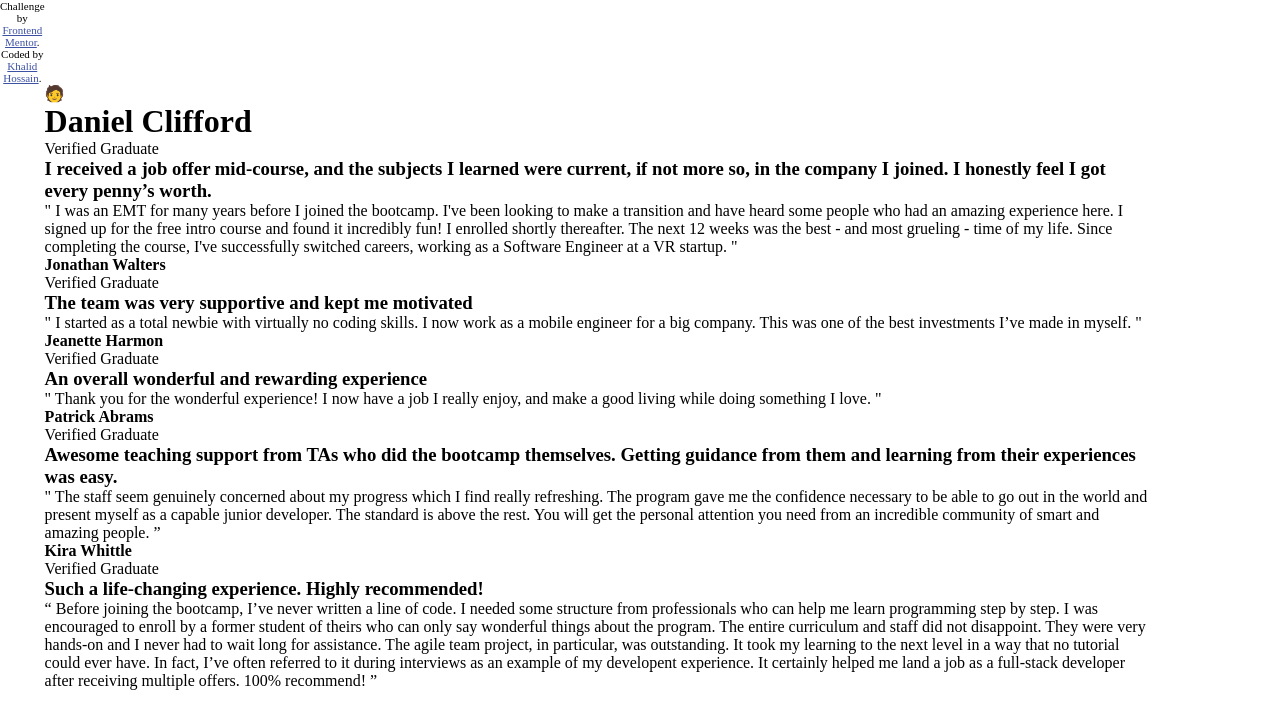
Repository: badhon252/Testimonials-Grid-Section
Page: index.html
An editor plug-in stored every save of this project. The page is shown before and after the next save, followed by the edit.
The browser window is 1280 px wide. The pictures show the whole page.

Above is the page before, as saved 2023-02-18 15:37:05.

After the next save:
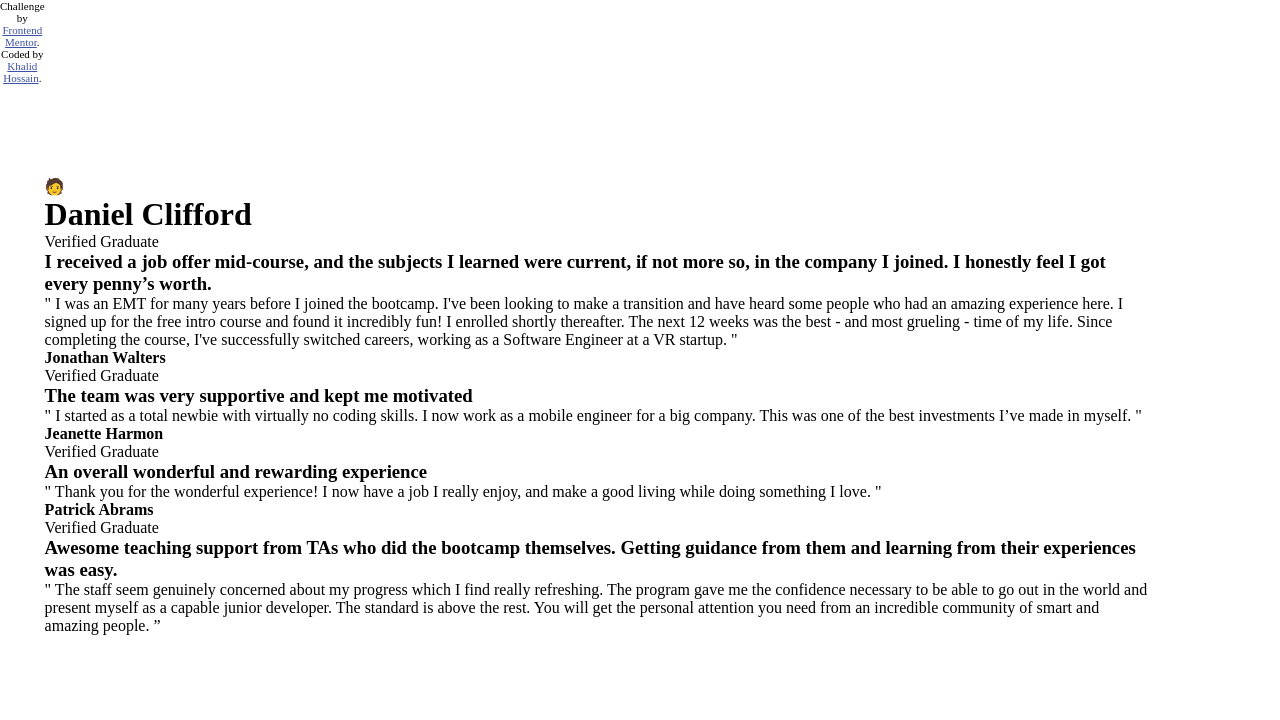
Saved 22 s later.
--- a/index.html
+++ b/index.html
@@ -46,15 +46,7 @@
                 <p>" The staff seem genuinely concerned about my progress which I find really refreshing. The program gave me the confidence necessary to be able to go out in the world and present myself as a capable junior developer. The standard is above
                     the rest. You will get the personal attention you need from an incredible community of smart and amazing people. ”</p>
             </div>
-            <div class="box box5">
-                <h4>Kira Whittle</h4>
-                <p>Verified Graduate</p>
-                <h3>Such a life-changing experience. Highly recommended!</h3>
-                <p>“ Before joining the bootcamp, I’ve never written a line of code. I needed some structure from professionals who can help me learn programming step by step. I was encouraged to enroll by a former student of theirs who can only say wonderful
-                    things about the program. The entire curriculum and staff did not disappoint. They were very hands-on and I never had to wait long for assistance. The agile team project, in particular, was outstanding. It took my learning to the next
-                    level in a way that no tutorial could ever have. In fact, I’ve often referred to it during interviews as an example of my developent experience. It certainly helped me land a job as a full-stack developer after receiving multiple offers.
-                    100% recommend! ”</p>
-            </div>
+
         </div>
 
 
